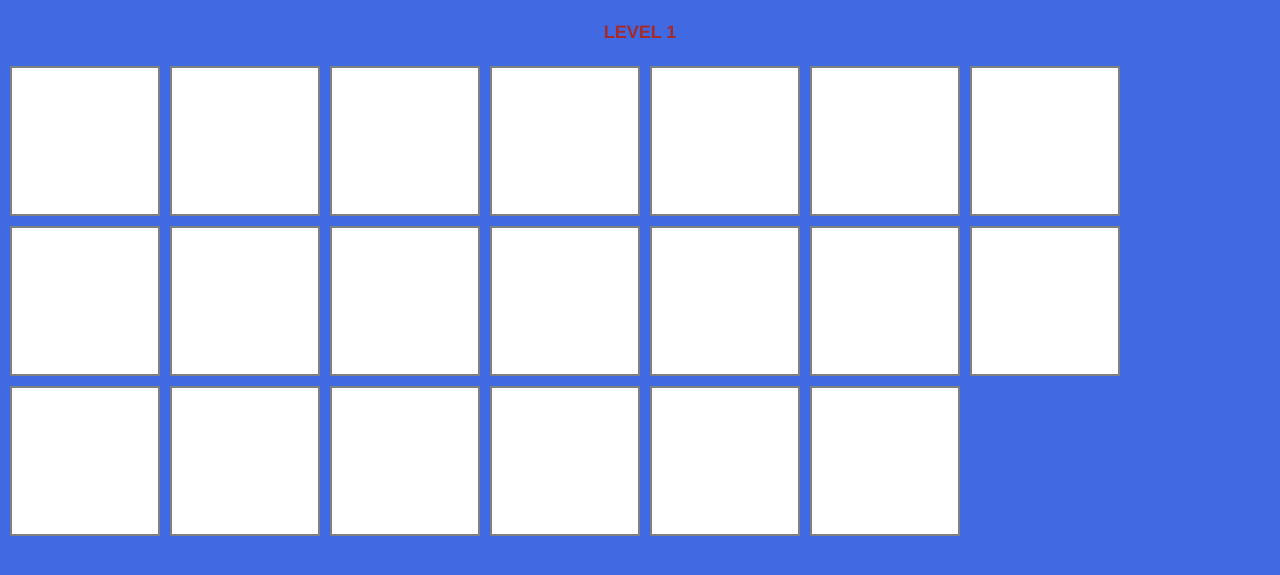
Repository: Shenba-Ps/Jsp-Servlet-B
Page: http://localhost/Test/Booking.jsp
An editor plug-in stored every save of this project. The page is shown before and after the next save, followed by the edit.
The browser window is 1280 px wide. The pictures show the whole page.
The page is served by Tomcat 9.

Above is the page before, as saved 2023-06-15 13:17:13.

After the next save:
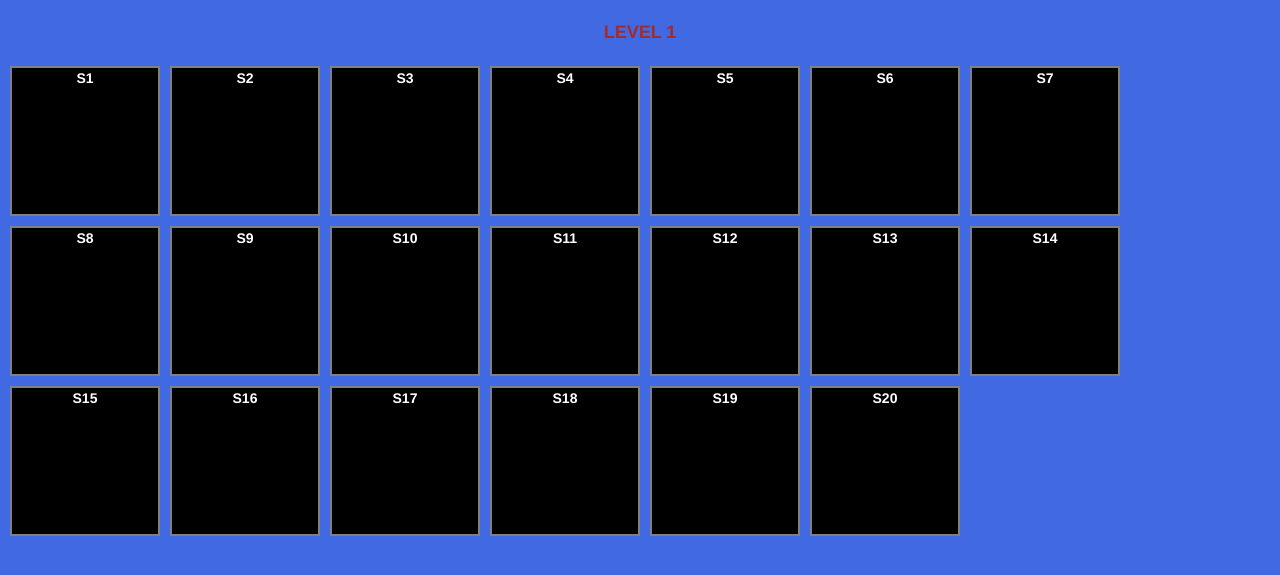
Saved 66 s later.
--- a/Test/src/main/webapp/Script/Common.css
+++ b/Test/src/main/webapp/Script/Common.css
@@ -29,7 +29,7 @@
 }
 
 .Free {
-	background-color: white;
+	background-color: black;
 	color: white;
 	font-weight: 600;
 	text-align: center;
